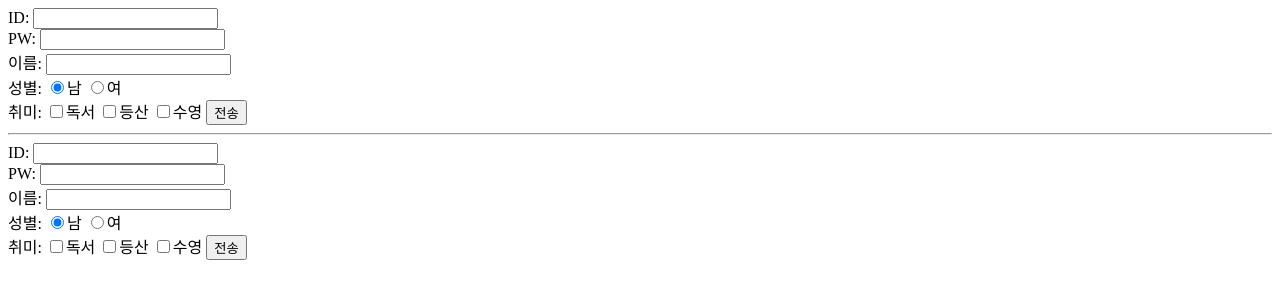
Repository: WonHwiAhn/JAVAClass
Page: 180131_GetParameterValues/WebContent/regist.html
An editor plug-in stored every save of this project. The page is shown before and after the next save, followed by the edit.
The browser window is 1280 px wide. The pictures show the whole page.

Above is the page before, as saved 2018-01-31 01:28:32.

### 180131_GetParameterValues/WebContent/regist.html
<!DOCTYPE html>
<html>
<head>
<meta charset="EUC-KR">
<title>Insert title here</title>
</head>
<body>
	<form action="ms2">
		ID: <input type="text" name="id"><br>
		PW: <input type="password" name="pw"><br>
		이름: <input type="text" name="userName"><br>
		성별: <input type="radio" name="sex" value="m" checked>남
		<input type="radio" name="sex" value="w">여<br>
		취미: <input type="checkbox" name="hobby" value="0">독서
		<input type="checkbox" name="hobby" value="1">등산
		<input type="checkbox" name="hobby" value="2">수영
		<input type="submit" value="전송">
	</form>

	<hr>

	<form action="ms2" method="post">
		ID: <input type="text" name="id"><br>
		PW: <input type="password" name="pw"><br>
		이름: <input type="text" name="userName"><br>
		성별: <input type="radio" name="sex" value="m" checked>남
		<input type="radio" name="sex" value="w">여<br>
		취미: <input type="checkbox" name="hobby" value="0">독서
		<input type="checkbox" name="hobby" value="1">등산
		<input type="checkbox" name="hobby" value="2">수영
		<input type="submit" value="전송">
	</form>
</body>
</html>

After the next save:
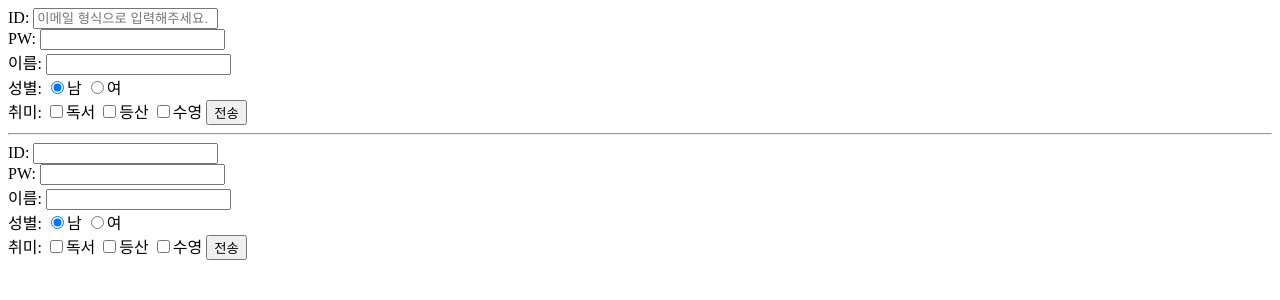
Saved 42 s later.
--- a/180131_GetParameterValues/WebContent/regist.html
+++ b/180131_GetParameterValues/WebContent/regist.html
@@ -6,7 +6,7 @@
 </head>
 <body>
 	<form action="ms2">
-		ID: <input type="text" name="id"><br>
+		ID: <input type="text" name="id" placeholder="이메일 형식으로 입력해주세요."><br>
 		PW: <input type="password" name="pw"><br>
 		이름: <input type="text" name="userName"><br>
 		성별: <input type="radio" name="sex" value="m" checked>남
